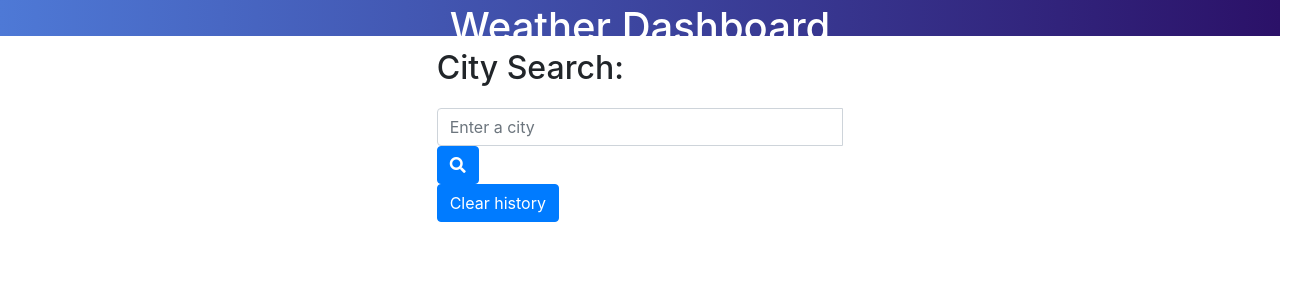
Repository: brenhamp/weather-dashboard
Page: index.html
An editor plug-in stored every save of this project. The page is shown before and after the next save, followed by the edit.
The browser window is 1280 px wide. The page is 1295 px wide, so the pictures cover 1295 px, including what lies to the right of the window. The pictures show the whole page.
Some web libraries are served in a nearby version.

Above is the page before, as saved 2021-12-12 20:50:07.

### index.html
<!DOCTYPE html>
<html lang="en">
<head>
    <meta charset="UTF-8">
    <meta http-equiv="X-UA-Compatible" content="IE=edge">
    <meta name="viewport" content="width=device-width, initial-scale=1.0">
    <link rel="stylesheet" href="./assets/css/style.css">
    <link rel="stylesheet" href="https://stackpath.bootstrapcdn.com/bootstrap/4.3.1/css/bootstrap.min.css" crossorigin="anonymous">
    <link rel="stylesheet" href="https://cdnjs.cloudflare.com/ajax/libs/font-awesome/5.11.2/css/all.min.css">
    <title>Weather Dashboard</title>
</head>
<body>
    <header class="hero">
        <h1>Weather Dashboard</h1>
    </header>

    <div class="row">
        <div class="col-lg-4">
            <h2>City Search:</h2>
            <div class="input-group">
                <input id="city-input" type="text" class="form-control" placeholder="Enter a city" aria-label="Enter a city">
                <div class="input-group append">
                    <button class="btn btn-primary" type="button" id="search-button">
                        <i class="fas fa-search"></i>
                    </button>
                </div>
            </div>

            <button class="btn btn-primary" type="button" id="clear-history">Clear history</button>
            <form id="history"></form>

        </div>
        <div class="col-lg-9">
            <div class="row">
                <div id="todays-weather">
                    <div>
                        <h3 id="city-name" class="city-name">
                        </h3>
                        <img id="sky">
                        <div id="temperature"></div>
                        <div id="humidity"></div>
                        <div id="wind"></div>
                        <div id="UV"></div>
                    </div>
                </div>
            </div>

            <!-- hide forecast until needed -->
            <div id="five-day-forecast" class="d-none">
                <h3>Five-Day Forecast</h3>

                <div class="row">
                    <div class="forecast"></div>
                    <div class="forecast"></div>
                    <div class="forecast"></div>
                    <div class="forecast"></div>
                    <div class="forecast"></div>
                </div>

            </div>
        </div>
    </div>


    <script src="https://unpkg.com/axios/dist/axios.min.js"></script>
    <script src="./assets/js/script.js"></script>

</body>
</html>

### assets/css/style.css


.hero {
    background-image: linear-gradient(to right, rgb(78, 121, 214), rgb(43, 17, 104));
    height: 5vh;
    text-align: center;
    margin: auto;
    line-height: 5vh;
    color: white
}

h1 {
    line-height: inherit;
    padding: .25vw 0;
}

h2 {
    padding: 1vw 0;
}

.row {
    justify-content: space-around;
}

p {
    text-align: center;
}

### assets/js/script.js
function weatherDashboard() {
    //define HTML elements
const city = document.getElementById("city-input");
const search = document.getElementById("search-button");
const clear = document.getElementById("clear-history");
const name = document.getElementById("city-name");
const sky = document.getElementById("sky");
const temp = document.getElementById("temperature");
const humidity = document.getElementById("humidity");
const wind = document.getElementById("wind");
const UV = document.getElementById("UV");
const history = document.getElementById("history");
const forecast = document.getElementById("five-day-forecast");
const todaysWeather = document.getElementById("todays-weather");

    //my API key from OpenWeather
    apiKey = "4f9f2b98f7dbd0bd303f0561775c2890";

    //function to contain all API requests
    function getWeather(cityName) {
        let queryURL = "https://api.openweathermap.org/data/2.5/weather?q=" + cityName + "&units=imperial" + "&appid=" + apiKey;
        axios.get(queryURL)
        .then(function(response) {
            todaysWeather.classList.remove("d-none");

            //retrieve current date for displaying
            currentDate = new Date(response.data.dt * 1000);
            day = currentDate.getDate();
            month = currentDate.getMonth() + 1;
            year = currentDate.getFullYear();

            name.innerHTML = response.data.name + " (" + month + "/" + day + "/" + year +")";

            //display today's weather including sky icon, temp, humidity and wind speed
            let skyImg = response.data.weather[0].icon;
            sky.setAttribute("src", "https://openweathermap.org/img/wn/" + skyImg + "@2x.png");
            sky.setAttribute("alt", response.data.weather[0].description);
            temp.innerHTML = "Temperature: " + response.data.main.temp + " &#176F";
            humidity.innerHTML = "Humidity: " + response.data.main.humidity + "%";
            wind.innerHTML = "Wind Speed: " + response.data.wind.speed + " MPH";

            //get UV index using latitude and longitude
            let lat = response.data.coord.lat;
            let lon = response.data.coord.lon;
            let UVQueryURL = "https://api.openweathermap.org/data/2.5/uvi/forecast?lat=" + lat + "&lon=" + lon + "&units=imperial" + "&appid=" + apiKey + "&cnt=1";
            axios.get(UVQueryURL)
                .then(function (response) {
                    //use span for HTML convenience
                    let UVIndex = document.createElement("span");

                    //change color to indicate mild/moderate/severe UV levels
                    if (response.data[0].value < 4 ) {
                        UVIndex.setAttribute("class", "badge badge-success");
                    }
                    else if (response.data[0].value < 8) {
                        UVIndex.setAttribute("class", "badge badge-warning");
                    }
                    else {
                        UVIndex.setAttribute("class", "badge badge-danger");
                    }
                    //append to HTML
                    UVIndex.innerHTML = response.data[0].value;
                    UV.innerHTML = "UV Index: ";
                    UV.append(UVIndex);
        });

           //five-day forecast script
           let cityID = response.data.id;
           let forecastQueryURL = "https://api.openweathermap.org/data/2.5/forecast?id=" + cityID + "&units=imperial" + "&appid=" + apiKey;
           axios.get(forecastQueryURL)
               .then(function (response) {
                   //when query is sent, show the forecast elements
                   forecast.classList.remove("d-none");

                       //select all forecast divs and assign future dates to them in order
                       const forecastEls = document.querySelectorAll(".forecast");
                       for (i = 0; i < forecastEls.length; i++) {
                           forecastEls[i].innerHTML = "";
                           const forecastIndex = i * 8 + 4;
                           const forecastDate = new Date(response.data.list[forecastIndex].dt * 1000);
                           const forecastDay = forecastDate.getDate();
                           const forecastMonth = forecastDate.getMonth() + 1;
                           const forecastYear = forecastDate.getFullYear();
                           const forecastDateEl = document.createElement("p");
                           forecastDateEl.setAttribute("class", "mt-3 mb-0 forecast-date");
                           forecastDateEl.innerHTML = forecastMonth + "/" + forecastDay + "/" + forecastYear;
                           forecastEls[i].append(forecastDateEl);

                           //append sky icons and weather info to each future day forecast
                           const forecastSky = document.createElement("img");
                           forecastSky.setAttribute("src", "https://openweathermap.org/img/wn/" + response.data.list[forecastIndex].weather[0].icon + "@2x.png");
                           forecastSky.setAttribute("alt", response.data.list[forecastIndex].weather[0].description);
                           forecastEls[i].append(forecastSky);
                           const forecastTempEl = document.createElement("p");
                           forecastTempEl.innerHTML = "Temp: " + response.data.list[forecastIndex].main.temp + " &#176F";
                           forecastEls[i].append(forecastTempEl);
                           const forecastHumidityEl = document.createElement("p");
                           forecastHumidityEl.innerHTML = "Humidity: " + response.data.list[forecastIndex].main.humidity + "%";
                           forecastEls[i].append(forecastHumidityEl);
                       }
                    })
    });
}

    //search history functionality
    let searchHistory = JSON.parse(localStorage.getItem("search")) || [];

    function renderSearchHistory () {
        //start off blank
        history.innerHTML = "";
        //create new history item each time a city name is submitted
        for (let i = 0; i < searchHistory.length; i++) {
            const historyEl = document.createElement("input");
            Object.assign(historyEl, {
                type: "text",
                readonly: true,
                class: "form-control",
                value: searchHistory[i],
            });
            historyEl.addEventListener("click", function() {
                getWeather(historyEl.value);
            })
            history.append(historyEl);
        }
    }

    //initial call for history function
    renderSearchHistory();

    //listener for search; save searches to localStorage
    search.addEventListener("click",  function () {
        searchTerm = city.value;
        getWeather(searchTerm);
        searchHistory.push(searchTerm);
        localStorage.setItem("search", JSON.stringify(searchHistory));
        renderSearchHistory();
    })


    //listener for clear button; clear localStorage and leave search array blank
    clear.addEventListener("click", function () {
        localStorage.clear();
        searchHistory = [];
        renderSearchHistory();
    })


};

//initialize javascript
weatherDashboard ();

After the next save:
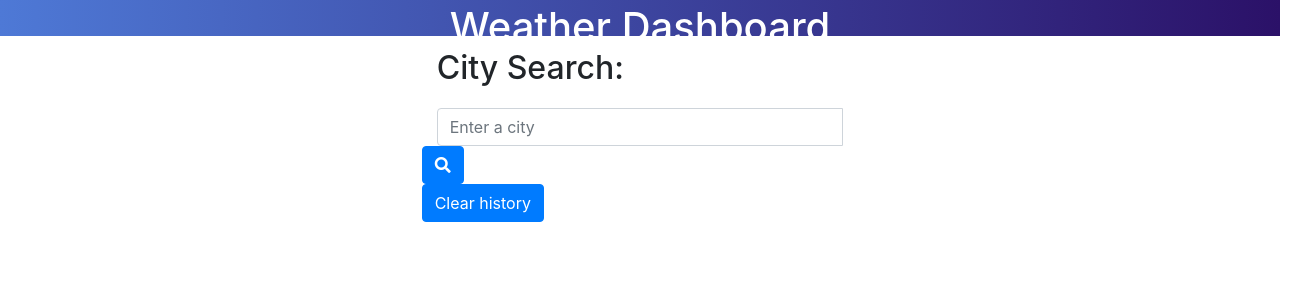
Saved 34 s later.
--- a/index.html
+++ b/index.html
@@ -20,13 +20,13 @@
             <div class="input-group">
                 <input id="city-input" type="text" class="form-control" placeholder="Enter a city" aria-label="Enter a city">
                 <div class="input-group append">
-                    <button class="btn btn-primary" type="button" id="search-button">
+                    <button class="btn btn-primary row" type="button" id="search-button">
                         <i class="fas fa-search"></i>
                     </button>
                 </div>
             </div>
 
-            <button class="btn btn-primary" type="button" id="clear-history">Clear history</button>
+            <button class="btn btn-primary row" type="button" id="clear-history">Clear history</button>
             <form id="history"></form>
 
         </div>

After the save that followed:
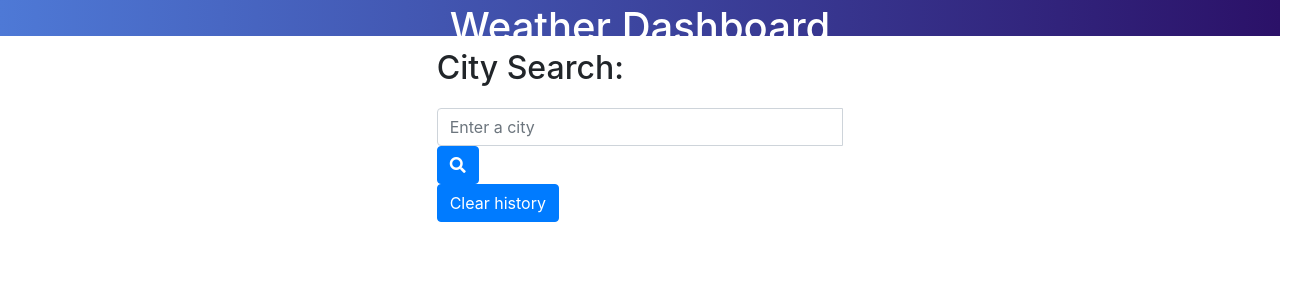
Saved 11 s later.
--- a/index.html
+++ b/index.html
@@ -20,13 +20,13 @@
             <div class="input-group">
                 <input id="city-input" type="text" class="form-control" placeholder="Enter a city" aria-label="Enter a city">
                 <div class="input-group append">
-                    <button class="btn btn-primary row" type="button" id="search-button">
+                    <button class="btn btn-primary" type="button" id="search-button">
                         <i class="fas fa-search"></i>
                     </button>
                 </div>
             </div>
 
-            <button class="btn btn-primary row" type="button" id="clear-history">Clear history</button>
+            <button class="btn btn-primary" type="button" id="clear-history">Clear history</button>
             <form id="history"></form>
 
         </div>
